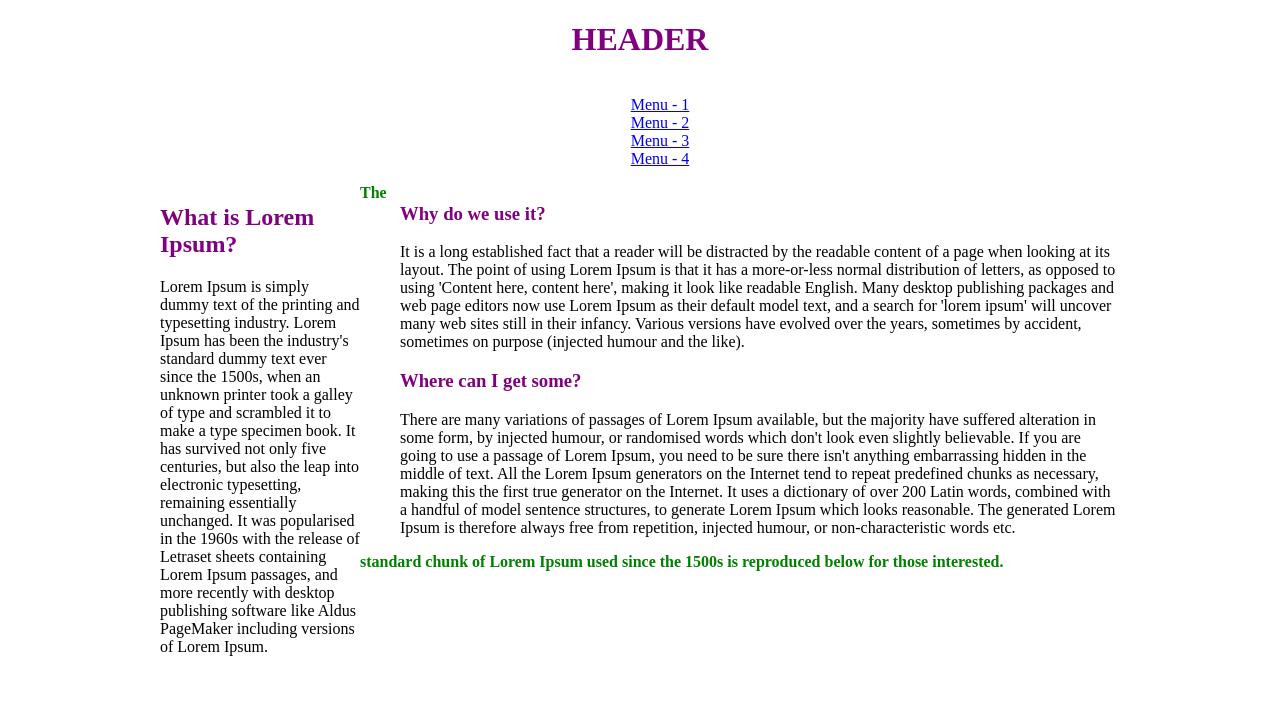
Repository: skybluelion/KB
Page: KB/work05_front/front01_html5/src/main/webapp/html06_semantic.html
These files come from the project's save history. The page is drawn as it stood at one moment and after the next save; the edit follows.
The browser window is 1280 px wide. The pictures show the whole page.

Above is the page before, as saved 2023-04-07 06:07:25.

### KB/work05_front/front01_html5/src/main/webapp/html06_semantic.html
<!DOCTYPE html>
<html>
<head>
<meta charset="UTF-8">
<title>div태그 대신에 각각의 영역의 의미를 살린Semantic tag를 사용</title>
<style>
	body {
		width: 960px;
		margin: 0 auto;
	}

	header, nav {
		text-align: center;
	}

	ul {
		list-style: none;
	}

	header {
		color: purple;
		align-content: center;
	}

	nav	{
		align-content: center;
	}

	aside {
		width: 200px;
		float: left;
		text-align: left;

	}

	aside>h1 {
		color: purple;

	}

	article {
		width: 720px;
		float: right;
	}

	article>section>h1 {
		color: purple;

	}

	footer {
		color: green;
	}

}
</style>
</head>

<body>
	<header>
		<h1>HEADER</h1>
	</header>

	<nav>
		<ul>
			<li><a href="#">Menu  -   1</a></li>
			<li><a href="#">Menu  -   2</a></li>
			<li><a href="#">Menu  -   3</a></li>
			<li><a href="#">Menu  -   4</a></li>
		</ul>
	</nav>

	<aside>
		<h1>What is Lorem Ipsum?</h1>
		<p>Lorem Ipsum is simply dummy text of the printing and typesetting industry. Lorem Ipsum has been the industry's standard dummy text ever since the 1500s, when an unknown printer took a galley of type and scrambled it to make a type specimen book. It has survived not only five centuries, but also the leap into electronic typesetting, remaining essentially unchanged. It was popularised in the 1960s with the release of Letraset sheets containing Lorem Ipsum passages, and more recently with desktop publishing software like Aldus PageMaker including versions of Lorem Ipsum.</p>
	</aside>


	<article>
		<section>
			<h1>Why do we use it?</h1>
			<p>It is a long established fact that a reader will be distracted by the readable content of a page when looking at its layout. The point of using Lorem Ipsum is that it has a more-or-less normal distribution of letters, as opposed to using 'Content here, content here', making it look like readable English. Many desktop publishing packages and web page editors now use Lorem Ipsum as their default model text, and a search for 'lorem ipsum' will uncover many web sites still in their infancy. Various versions have evolved over the years, sometimes by accident, sometimes on purpose (injected humour and the like).</p>
		</section>


		<section>
			<h1>Where can I get some?</h1>
			<p>There are many variations of passages of Lorem Ipsum available, but the majority have suffered alteration in some form, by injected humour, or randomised words which don't look even slightly believable. If you are going to use a passage of Lorem Ipsum, you need to be sure there isn't anything embarrassing hidden in the middle of text. All the Lorem Ipsum generators on the Internet tend to repeat predefined chunks as necessary, making this the first true generator on the Internet. It uses a dictionary of over 200 Latin words, combined with a handful of model sentence structures, to generate Lorem Ipsum which looks reasonable. The generated Lorem Ipsum is therefore always free from repetition, injected humour, or non-characteristic words etc.</p>
		</section>
	</article>


	<footer>
		<span><b>The standard chunk of Lorem Ipsum used since the 1500s is reproduced below for those interested.</b></span>
	</footer>

</body>
</html>

After the next save:
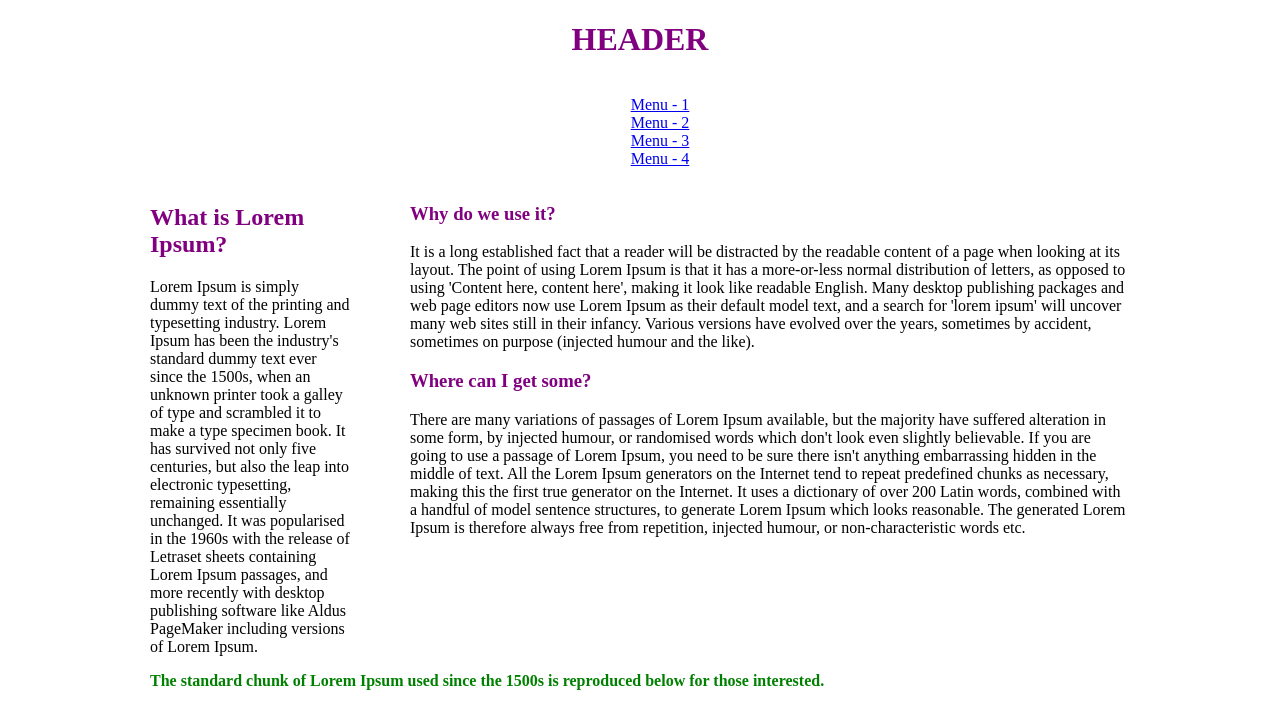
Saved 2 min 15 s later.
--- a/KB/work05_front/front01_html5/src/main/webapp/html06_semantic.html
+++ b/KB/work05_front/front01_html5/src/main/webapp/html06_semantic.html
@@ -5,7 +5,7 @@
 <title>div태그 대신에 각각의 영역의 의미를 살린Semantic tag를 사용</title>
 <style>
 	body {
-		width: 960px;
+		width: 980px;
 		margin: 0 auto;
 	}
 
@@ -49,6 +49,7 @@
 	}
 
 	footer {
+		clear: both;
 		color: green;
 	}
 
